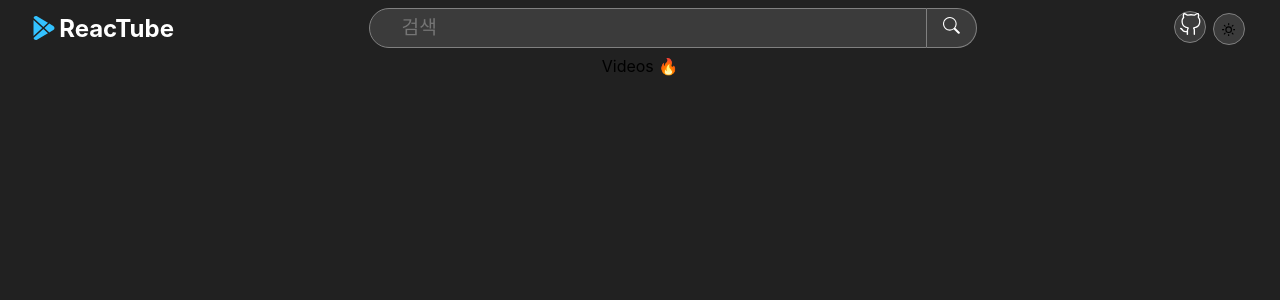
Repository: MrJinkyu/youtube
Page: /
The author's editor kept a copy of each file at every save. The page is drawn from the files as they stood at one save, then again after the next save.
The browser window is 1280 px wide. The pictures show the whole page.
The project was rebuilt for these pictures with package versions that can differ from the ones it lists, and the page was loaded fresh each time. Also part of the build but not shown: src/pages/NotFound.jsx, src/pages/VideoDetail.jsx.

Above is the page before, as saved 2023-05-09 18:19:32.

### public/index.html
<!DOCTYPE html>
<html lang="en">
  <head>
    <meta charset="utf-8" />
    <link rel="icon" href="%PUBLIC_URL%/favicon.ico" />
    <meta name="viewport" content="width=device-width, initial-scale=1" />
    <meta name="theme-color" content="#000000" />
    <meta
      name="description"
      content="Web site created using create-react-app"
    />
    <link rel="apple-touch-icon" href="%PUBLIC_URL%/logo192.png" />
    <!--
      manifest.json provides metadata used when your web app is installed on a
      user's mobile device or desktop. See https://developers.google.com/web/fundamentals/web-app-manifest/
    -->
    <link rel="manifest" href="%PUBLIC_URL%/manifest.json" />
    <!--
      Notice the use of %PUBLIC_URL% in the tags above.
      It will be replaced with the URL of the `public` folder during the build.
      Only files inside the `public` folder can be referenced from the HTML.

      Unlike "/favicon.ico" or "favicon.ico", "%PUBLIC_URL%/favicon.ico" will
      work correctly both with client-side routing and a non-root public URL.
      Learn how to configure a non-root public URL by running `npm run build`.
    -->
    <title>ReacTube</title>
  </head>
  <body>
    <noscript>You need to enable JavaScript to run this app.</noscript>
    <div id="root"></div>
    <!--
      This HTML file is a template.
      If you open it directly in the browser, you will see an empty page.

      You can add webfonts, meta tags, or analytics to this file.
      The build step will place the bundled scripts into the <body> tag.

      To begin the development, run `npm start` or `yarn start`.
      To create a production bundle, use `npm run build` or `yarn build`.
    -->
  </body>
</html>

### src/index.js
import React from 'react';
import ReactDOM from 'react-dom/client';
import './index.css';
import App from './App';
import reportWebVitals from './reportWebVitals';
import {
  createBrowserRouter,
  RouterProvider,
} from "react-router-dom";
import NotFound from './pages/NotFound';
import Videos from './pages/Videos';
import VideoDetail from './pages/VideoDetail';

const router = createBrowserRouter([
  {
    path: "/",
    element: <App/>,
    errorElement: <NotFound/>,
    children: [
      { index: true, element: <Videos/> },
      { path: '/videos', element: <Videos/> },
      { path: '/videos/:keyword', element: <Videos/> },
      { path: '/videos/watch/:videoId', element: <VideoDetail/> }
    ]
  },
]);

const root = ReactDOM.createRoot(document.getElementById('root'));
root.render(
  <React.StrictMode>
    <RouterProvider router={router} />
  </React.StrictMode>
);

// If you want to start measuring performance in your app, pass a function
// to log results (for example: reportWebVitals(console.log))
// or send to an analytics endpoint. Learn more: https://bit.ly/CRA-vitals
reportWebVitals();

### src/index.css
*{
  box-sizing: border-box;
  padding: 0;
  margin: 0;
}

button{
  cursor: pointer;
  border: none;
  outline: none;
  background-color: transparent;
}

body {
  margin: 0;
  font-family: -apple-system, BlinkMacSystemFont, 'Segoe UI', 'Roboto', 'Oxygen',
    'Ubuntu', 'Cantarell', 'Fira Sans', 'Droid Sans', 'Helvetica Neue',
    sans-serif;
  -webkit-font-smoothing: antialiased;
  -moz-osx-font-smoothing: grayscale;
  background-color: #212121;
  width: 100%;
  height: 100%;
  text-align: center;
}

code {
  font-family: source-code-pro, Menlo, Monaco, Consolas, 'Courier New',
    monospace;
}

### src/App.js
import './App.css';
import SearchHeader from './components/SearchHeader';
import { Outlet } from 'react-router-dom';

function App() {
  return (
    <div className="App">
      <SearchHeader/>
      <Outlet/>
    </div>
  );
}

export default App;

### src/pages/Videos.jsx
import React from 'react';
import { useParams } from 'react-router-dom';

export default function Videos() {
    const { keyword } = useParams();
    return (
        <div>
            Videos {keyword ? `🔍${keyword}` : '🔥'}
        </div>
    );
}

### src/App.css
.App{
    width: 100%;
    height: 100%;
    max-width: 1536px;
    margin: 0 auto;
}

### src/components/SearchHeader.jsx
import React, { useEffect, useState } from 'react';
import { BsGooglePlay, BsSearch } from 'react-icons/bs';
import { FiSun } from 'react-icons/fi';
import { VscGithubAlt } from 'react-icons/vsc';
import { useNavigate, useParams, Link } from 'react-router-dom';
import styles from './SearchHeader.module.css';

export default function SearchHeader() {
    const { keyword } = useParams();
    const navigate = useNavigate();
    const [text, setText] = useState('');
    const handleChange = (e) => setText(e.target.value);
    const handleSubmit = (e) => {
        e.preventDefault();
        if(text.trim().length === 0){
            return ;
        }
        navigate(`/videos/${text}`);
        setText('');
    }
    useEffect(() => {
        setText(keyword || '');
    },[keyword]);
    return (
        <header className={styles.header}>
            <Link to='/' className={styles.logo}>
                <BsGooglePlay className={styles.icon}/>
                <h1 className={styles.title}>ReacTube</h1>
            </Link>
            <form onSubmit={handleSubmit} className={styles.form}>
                <input
                    className={styles.text}
                    type="text"
                    placeholder='검색'
                    value={text}
                    onChange={handleChange}
                />
                <button className={styles.searchBtn}><BsSearch/></button>
            </form>
            <div className='btns'>
                <span className={styles.span}>
                    <button>
                        <a href="https://github.com/MrJinkyu?tab=repositories" target='blank'>
                            <VscGithubAlt className={styles.github}/>
                        </a>
                    </button>
                </span>
                <span className={styles.span}>
                    <button>
                        <FiSun className={styles.mode}/>
                    </button>
                </span>
            </div>
        </header>
    );
}

### src/components/SearchHeader.module.css
header{
    padding: 0.5rem 2rem;
    width: 100%;
    display:  flex;
    justify-content: space-between;
    align-items: center;
}

.logo{
    text-decoration: none;
    display: flex;
    align-items: center;
}

.icon{
    color: #33c2ff;
    font-size: 1.5rem;
    margin-right: 0.2rem;
}

.title{
    color: white;
    font-size: 1.5rem;
}

.form{
    width: 50%;
    display: flex;
    justify-content: center;
    align-items: center;
}

.text{
    width: 100%;
    border: 1px solid grey;
    border-top-left-radius: 1.5rem;
    border-bottom-left-radius: 1.5rem;
    padding: 0.5rem 2rem;
    font-size: 1.2rem;
    color: white;
    outline: none;
    background-color: #3b3b3b;
}

.text:hover{
    border-color: #33c2ff;
}

.searchBtn{
    border: 1px solid grey;
    border-top-right-radius: 1.5rem;
    border-bottom-right-radius: 1.5rem;
    border-left: none;
    padding: 0.5rem 1rem;
    font-size: 1.05rem;
    color: white;
    outline: none;
    background-color: #3b3b3b;
}

.searchBtn:hover{
    filter: brightness(125%);
}

.btns{
    display: flex;
    align-items: center;
}

.span{
    display: inline-block;
    border-radius: 50%;
    width: 2rem;
    height: 2rem;
    line-height: 2rem;
    border: 1px solid gray;
    background-color: #3b3b3b;
    margin: 0 0.2rem;
}

.github{
    color: white;
    font-size: 1.5rem;
}

Loaded but not shown: src/reportWebVitals.js (common file)

After the next save:
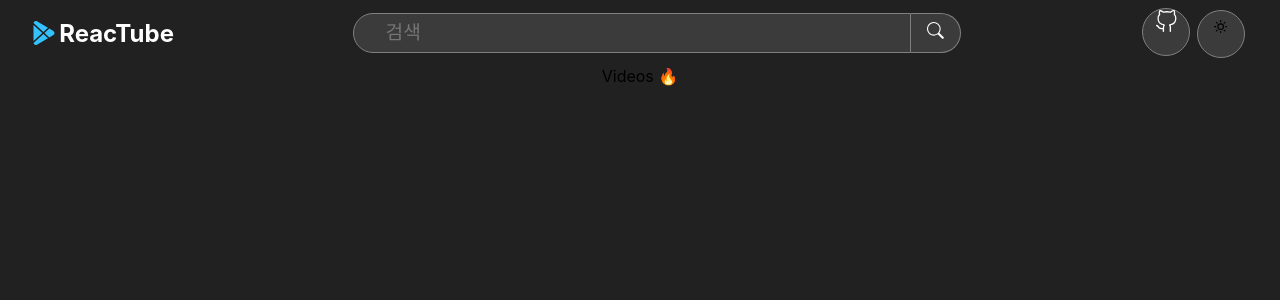
Saved 8 s later.
--- a/src/components/SearchHeader.module.css
+++ b/src/components/SearchHeader.module.css
@@ -70,8 +70,8 @@
 .span{
     display: inline-block;
     border-radius: 50%;
-    width: 2rem;
-    height: 2rem;
+    width: 3rem;
+    height: 3rem;
     line-height: 2rem;
     border: 1px solid gray;
     background-color: #3b3b3b;
